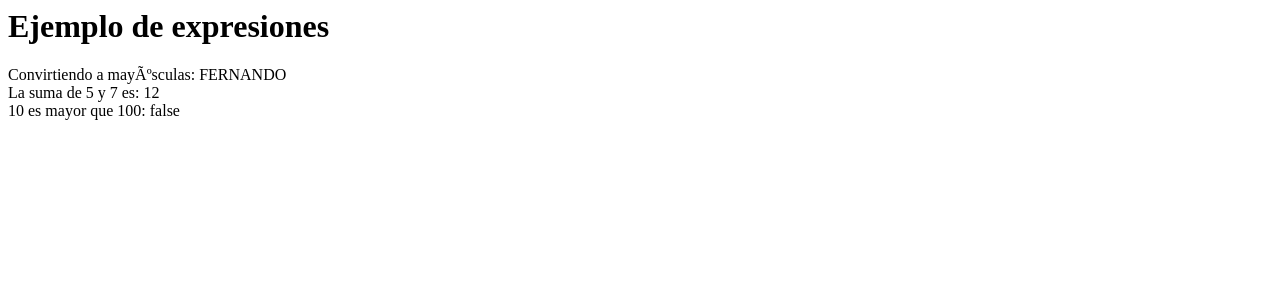
Repository: FernandoJFernandez/Curso-java-2022
Page: http://localhost/Primeros_pasos_JSP/EjemploExpresiones.jsp
An editor plug-in stored every save of this project. The page is shown before and after the next save, followed by the edit.
The browser window is 1280 px wide. The pictures show the whole page.
The page is served by Tomcat 9.

Above is the page before, as saved 2023-04-23 19:16:32.

After the next save:
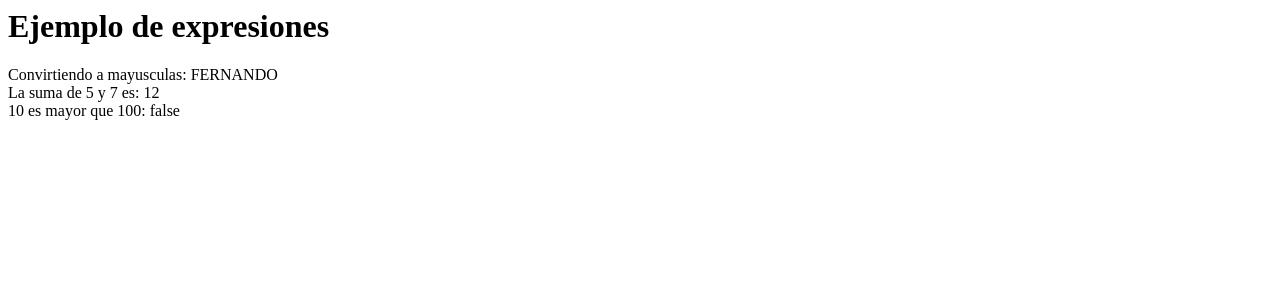
Saved 18 s later.
--- a/Primeros_pasos_JSP/src/main/webapp/EjemploExpresiones.jsp
+++ b/Primeros_pasos_JSP/src/main/webapp/EjemploExpresiones.jsp
@@ -6,7 +6,7 @@
 <body>
 	<h1>Ejemplo de expresiones</h1>
 
-	Convirtiendo a mayúsculas: <%= new String("Fernando").toUpperCase() %>  <!-- Expresión Java -->
+	Convirtiendo a mayusculas: <%= new String("Fernando").toUpperCase() %>  <!-- Expresión Java -->
 	<br>
 	La suma de 5 y 7 es: <%= 5+7 %> <!-- Expresión matemática -->
 	<br>
